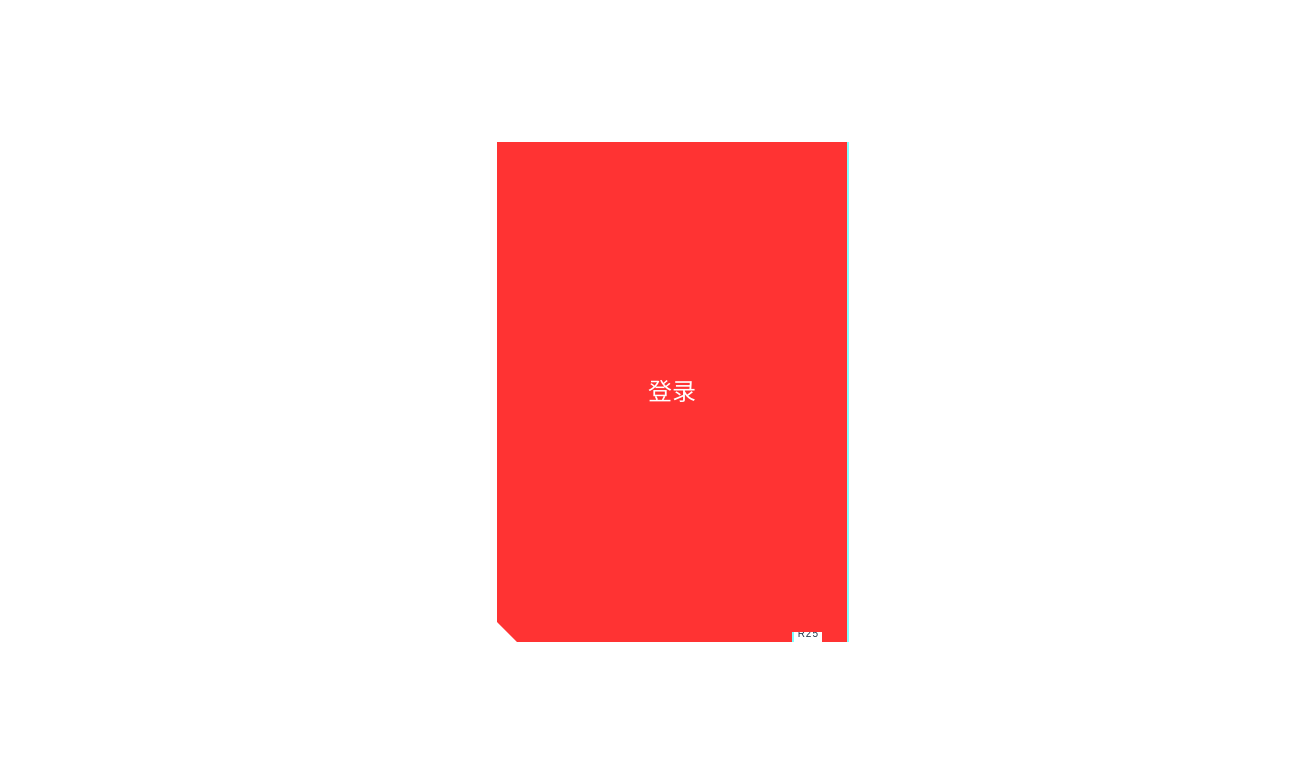
Repository: yezhonghu0503/brainstorming
Page: /
The author's editor kept a copy of each file at every save. The page is drawn from the files as they stood at one save, then again after the next save.
The browser window is 1280 px wide. The page is 1312 px wide, so the pictures cover 1312 px, including what lies to the right of the window. The pictures show the whole page.
The project was rebuilt for these pictures with package versions that can differ from the ones it lists, and the page was loaded fresh each time. Also part of the build but not shown: vite.config.ts.

Above is the page before, as saved 2022-10-11 15:51:35.

After the next save:
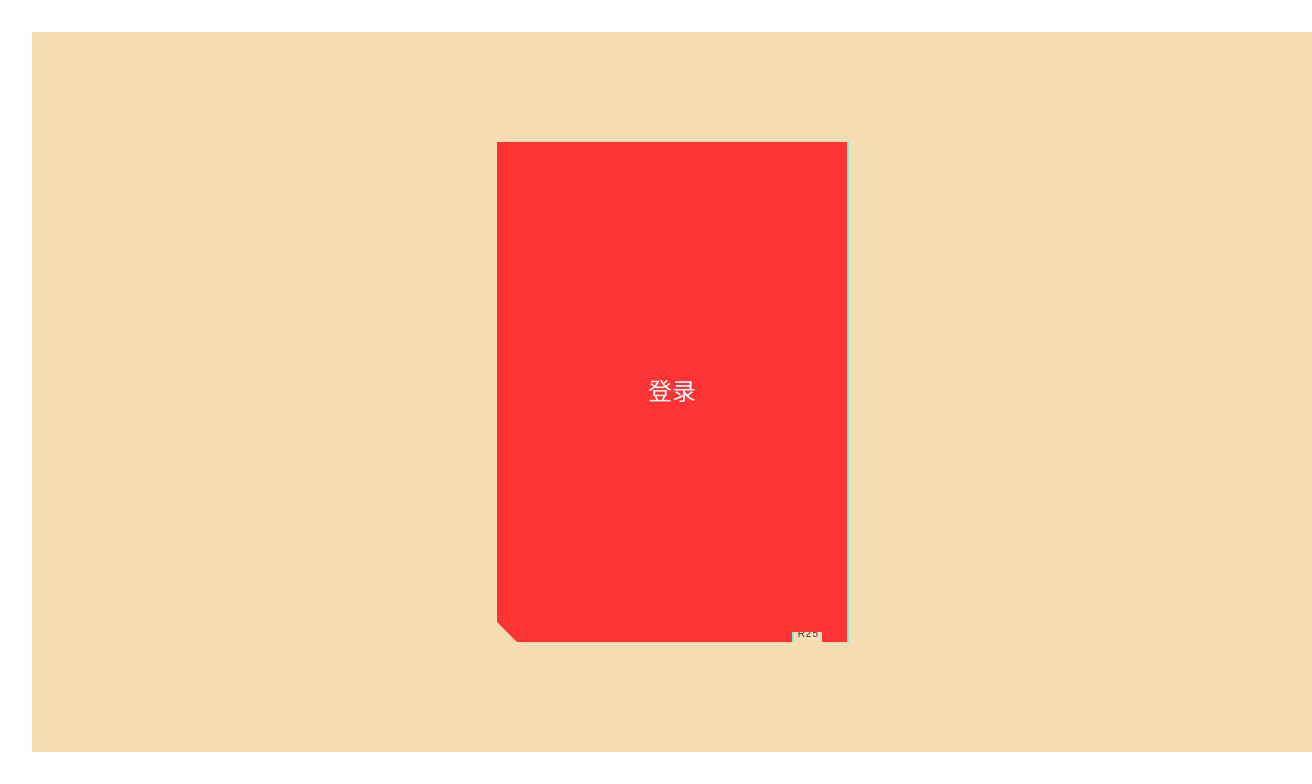
Saved 41 s later.
--- a/src/views/login/2077win/index.vue
+++ b/src/views/login/2077win/index.vue
@@ -25,6 +25,7 @@
 }
 
 main {
+background: wheat;
   width: 100vw;
   height: 100vh;
   display: flex;
